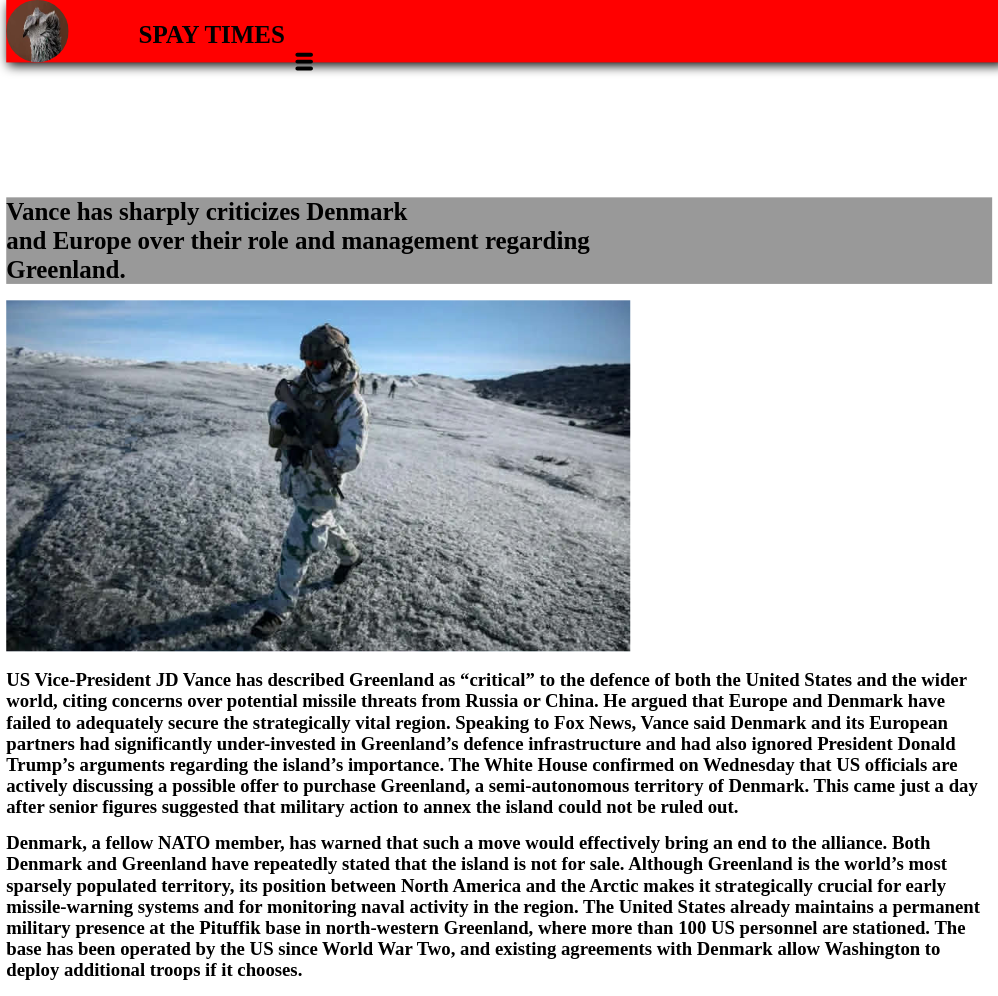
Repository: ridhukhan/spytimes
Page: /
These files come from the project's save history. The page is drawn as it stood at one moment and after the next save; the edit follows.
The browser window is 1280 px wide. The pictures show the whole page, at 78% of full size.
Pictures or frames that could not be fetched are drawn as grey boxes. The project was rebuilt for these pictures with package versions that can differ from the ones it lists, and the page was loaded fresh each time. Also part of the build but not shown: vite.config.js, src/nav/Navbar.css, src/components/policy/PrivecyPolicy.jsx, src/components/policy/Terms.jsx, src/components/trending/TrendingDetails.jsx, src/pages/heath/Dieabeties.jsx, src/pages/heath/Health.jsx, src/pages/heath/Allergy.jsx and 1 more.

Above is the page before, as saved 2026-01-15 09:30:11.

### index.html
<!doctype html>
<html lang="en">
  <head>
    <meta charset="UTF-8" />
    <link rel="icon" type="image/svg+xml" href="/vite.svg" />
    <meta name="6a97888e-site-verification" content="945cf2ffcb6885b11db89e632c2e0750">
    <meta name="viewport" content="width=device-width, initial-scale=1.0" />
    <title>spytimes</title>
  </head>
  <body>
       <div id="root"></div>
    <script type="module" src="/src/main.jsx"></script>
  </body>
</html>

### src/main.jsx
import {BrowserRouter} from "react-router-dom"

import { createRoot } from 'react-dom/client'
import './index.css'
import App from './App.jsx'
import { StrictMode } from "react"
createRoot(document.getElementById('root')).render(

    <BrowserRouter>
    <App />
    </BrowserRouter>

 ,
)

### src/index.css
@media screen and (max-width:414px){
  *{
    width: 100%;
    padding:0;
margin: 0;
  }

  body{
width: 100%;
background-color: white;
color: black;
  }
}

### src/App.jsx
import { Route, Routes } from "react-router-dom"
import Navbar from "./nav/Navbar"
import Home from "./pages/home/Home"
import PrivecyPolicy from "./components/policy/PrivecyPolicy"
import Terms from "./components/policy/Terms"
import TrendingDetails from "./components/trending/TrendingDetails"
import Dieabeties from "./pages/heath/Dieabeties"
import Health from "./pages/heath/Health"
import Allergy from "./pages/heath/Allergy"
import WeightLose from "./pages/heath/WeightLose"

function App() {

  return (
    <div>

   <Navbar/>

   <Routes>
    <Route path="/" element={<Home/>}/>
    <Route  path="/privecypolicy" element={<PrivecyPolicy/>}/>
    <Route  path="/Terms" element={<Terms/>}/>
    <Route  path="/Trendingdetails" element={<TrendingDetails/>}/>
    <Route path="/blood-sugar-natural-tips" element={<Dieabeties/>}/>
<Route path="/health" element={<Health/>}/>
<Route path="/allergy" element={<Allergy/>}/>
<Route path="/weightlose" element={<WeightLose/>}/>


   </Routes>
    </div>
  )
}

export default App

### src/nav/Navbar.jsx
import React from 'react'
import "./Navbar.css"
import { ImCross } from "react-icons/im";
import { TiThMenu } from "react-icons/ti";
import logo from "../assets/download.jpeg"
import { useState } from 'react';
import { Link} from 'react-router-dom';
const Navbar = () => {
    const [openmenu,setOpenmenu]=useState(false)
  return (
    <div style={{position:"fixed",backgroundColor:"red",display:"flex",
    width:"100%", height:"80px", top:"0", zIndex:"1000", boxShadow:"2px 5px 14px black"}}>
<img src={logo} alt="logo" style={{width:"80px", height:"80px", borderRadius:"100%"}}/>
<h1 style={{marginTop:"2%", marginLeft:"7%",}}>SPAY TIMES</h1>
<TiThMenu  onClick={()=>setOpenmenu(!openmenu)}  style={{width:"50px",height:"30px", marginTop:"5%", }}/>

   {openmenu? <div style={{display:"grid",position:"absolute",width:"90%",background:"black", height:"600px", zIndex:"999", marginTop:"10%", borderRadius:"19px", right:"0"}}>
<ImCross onClick={()=>setOpenmenu(null)} style={{ color:"red", left:"0", justifyContent:"flex-start", width:"50px", height:"30px"}}/>

  <ul>


    <Link to={"/"}><li onClick={()=>setOpenmenu(null)}>Home</li></Link>
    <li>USA</li>
    <li>UK</li>
    <li>ASIA</li>
    <Link to={"/health"}><li onClick={()=>setOpenmenu(null)}>Health</li></Link>
   <Link to={"/privecypolicy"}><li   onClick={()=>setOpenmenu(null)} style={{color:"blue"}}>Privecy Policy</li></Link>
<Link to={"/Terms"}><li  onClick={()=>setOpenmenu(null)} style={{color:"blue"}}>Terms &  condition</li></Link>

  </ul>










   </div>: null}
    </div>
  )
}


export default Navbar

### src/pages/home/Home.jsx
import React from 'react'
import home1 from "../../assets/home1.jpeg"

const Home = () => {
  return (
    <div style={{marginTop:"20%"}}>
        <h1 style={{backgroundColor:"#999"}}>Vance has sharply criticizes Denmark <br /> and Europe over their role and management regarding <br /> Greenland.</h1>

        <img src={home1} alt="home1" />

       <h2>
        US Vice-President JD Vance has described Greenland as “critical” to the defence of both the United States and the wider world, citing concerns over potential missile threats from Russia or China. He argued that Europe and Denmark have failed to adequately secure the strategically vital region.

Speaking to Fox News, Vance said Denmark and its European partners had significantly under-invested in Greenland’s defence infrastructure and had also ignored President Donald Trump’s arguments regarding the island’s importance.

The White House confirmed on Wednesday that US officials are actively discussing a possible offer to purchase Greenland, a semi-autonomous territory of Denmark. This came just a day after senior figures suggested that military action to annex the island could not be ruled out.

</h2>

<h2>
Denmark, a fellow NATO member, has warned that such a move would effectively bring an end to the alliance. Both Denmark and Greenland have repeatedly stated that the island is not for sale.

Although Greenland is the world’s most sparsely populated territory, its position between North America and the Arctic makes it strategically crucial for early missile-warning systems and for monitoring naval activity in the region.

The United States already maintains a permanent military presence at the Pituffik base in north-western Greenland, where more than 100 US personnel are stationed. The base has been operated by the US since World War Two, and existing agreements with Denmark allow Washington to deploy additional troops if it chooses.
       </h2>
    </div>
  )
}

export default Home

### src/components/ads/ExoclicBanner.jsx
const ExoClickBanner = () => {
  return (
    <iframe
      src="//a.magsrv.com/iframe.php?idzone=5827828&size=300x250"
      width="300"
      height="250"
      scrolling="no"
      marginWidth="0"
      marginHeight="0"
      frameBorder="0"
      style={{
        border: "0",
        overflow: "hidden",
        display: "block",
      }}
      title="exoclick-ad-300x250"
    ></iframe>
  );
};

export default ExoClickBanner;

After the next save:
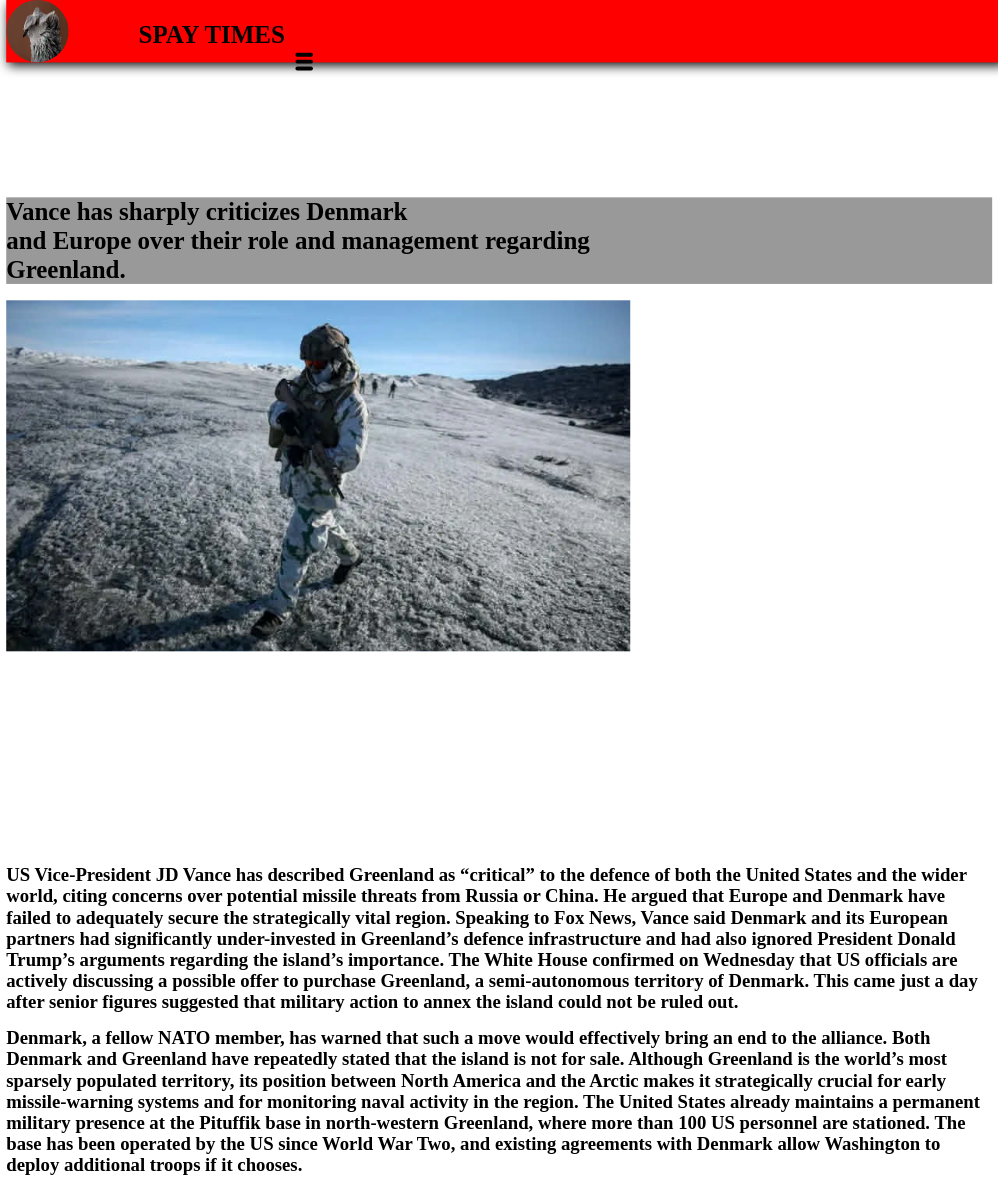
Saved 2 min 6 s later.
--- a/src/pages/home/Home.jsx
+++ b/src/pages/home/Home.jsx
@@ -1,13 +1,13 @@
 import React from 'react'
 import home1 from "../../assets/home1.jpeg"
-
+import ExoClickBanner from '../../components/ads/ExoclicBanner'
 const Home = () => {
   return (
     <div style={{marginTop:"20%"}}>
         <h1 style={{backgroundColor:"#999"}}>Vance has sharply criticizes Denmark <br /> and Europe over their role and management regarding <br /> Greenland.</h1>
 
         <img src={home1} alt="home1" />
-
+      <ExoClickBanner/>
        <h2>
         US Vice-President JD Vance has described Greenland as “critical” to the defence of both the United States and the wider world, citing concerns over potential missile threats from Russia or China. He argued that Europe and Denmark have failed to adequately secure the strategically vital region.
 
